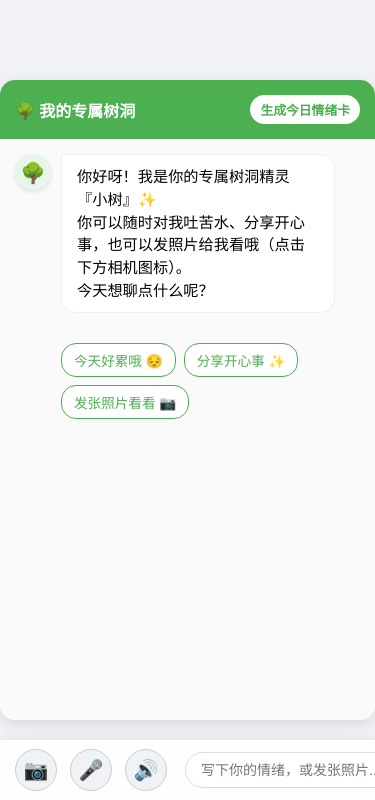
Repository: QinghuaSun1127/Tree_house
Page: index.html
These files come from the project's save history. The page is drawn as it stood at one moment and after a run of saves; the edit follows.
The browser window is 375 px wide. The pictures show the whole page.
Some web libraries are served in a nearby version.

Above is the page before, as saved 2026-04-10 15:03:16.

After the next 2 saves:
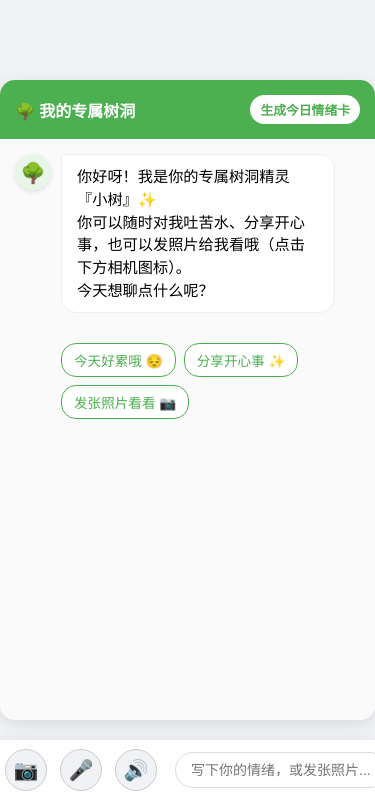
The 2 saves are shown as one change because they came seconds apart.
The last was saved 80 min 8 s later.
--- a/index.html
+++ b/index.html
@@ -223,6 +223,26 @@
             box-shadow: 0 -2px 10px rgba(0,0,0,0.05); /* 淡淡的顶部阴影 */
             z-index: 1000;   /* 确保在最顶层 */
             box-sizing: border-box; /* ✅ 关键：确保 padding 不会把宽度撑大 */
+        }
+        /* === 移动端响应式适配 (拯救被挤掉的按钮) === */
+        @media (max-width: 400px) {
+            .input-area {
+                padding: 0 5px; /* 缩小两侧大留白 */
+            }
+            .upload-btn-group {
+                gap: 2px; /* 缩小左侧三个按钮的间距 */
+            }
+            .upload-btn {
+                padding: 5px; /* 缩小按钮本身的内边距 */
+                font-size: 18px; /* 稍微缩小图标 */
+            }
+            #userInput {
+                margin: 0 5px; /* 缩小输入框两边的推力 */
+                padding: 0 10px;
+            }
+            .send-btn {
+                padding: 8px 12px; /* 确保发送按钮完整显示 */
+            }
         }
         input[type="text"] {
             flex: 1;
